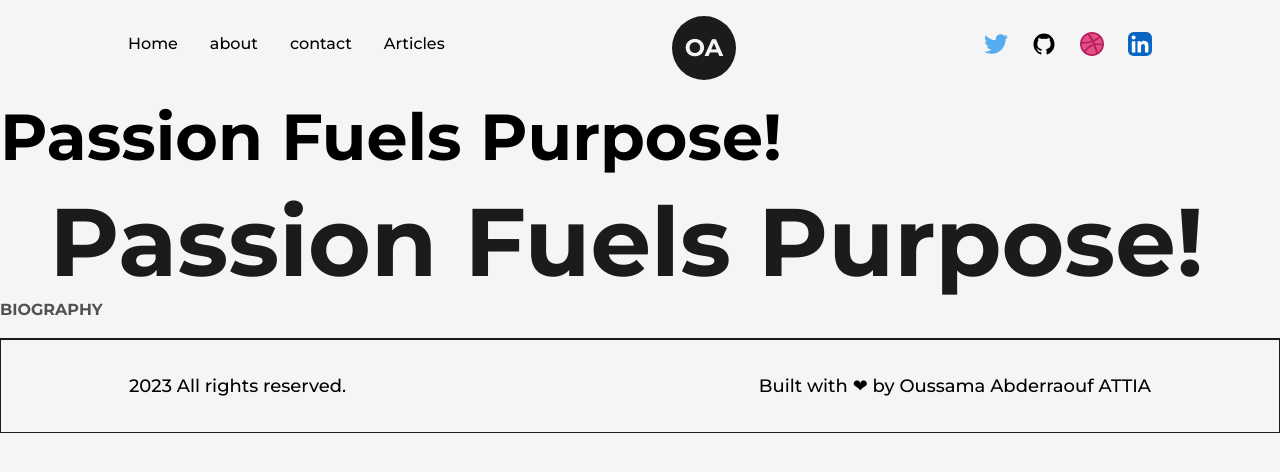
Repository: OussamaAbderraoufAttia/Next.js-Developer-Portfolio
Page: /About
These files come from the project's save history. The page is drawn as it stood at one moment and after the next save; the edit follows.
The browser window is 1280 px wide. The pictures show the whole page.
The project was rebuilt for these pictures with package versions that can differ from the ones it lists, and the page was loaded fresh each time. The framework's server and built-in components were replaced by stand-ins that run in the browser. Also part of the build but not shown: next.config.js.

Above is the page before, as saved 2023-06-27 16:44:25.

After the next save:
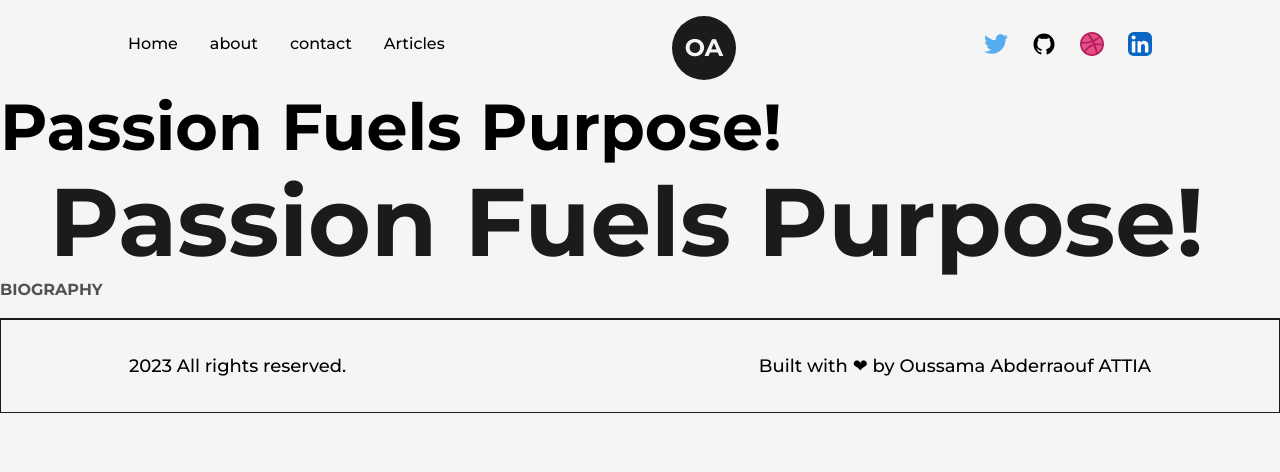
Saved 6 s later.
--- a/src/pages/About.js
+++ b/src/pages/About.js
@@ -15,6 +15,7 @@
                 <h1 style={{
                     fontSize: '65px',
                     fontWeight: 'bold',
+                    lineHeight: '1.2',
                 }}>
                     Passion Fuels Purpose!
                 </h1>
